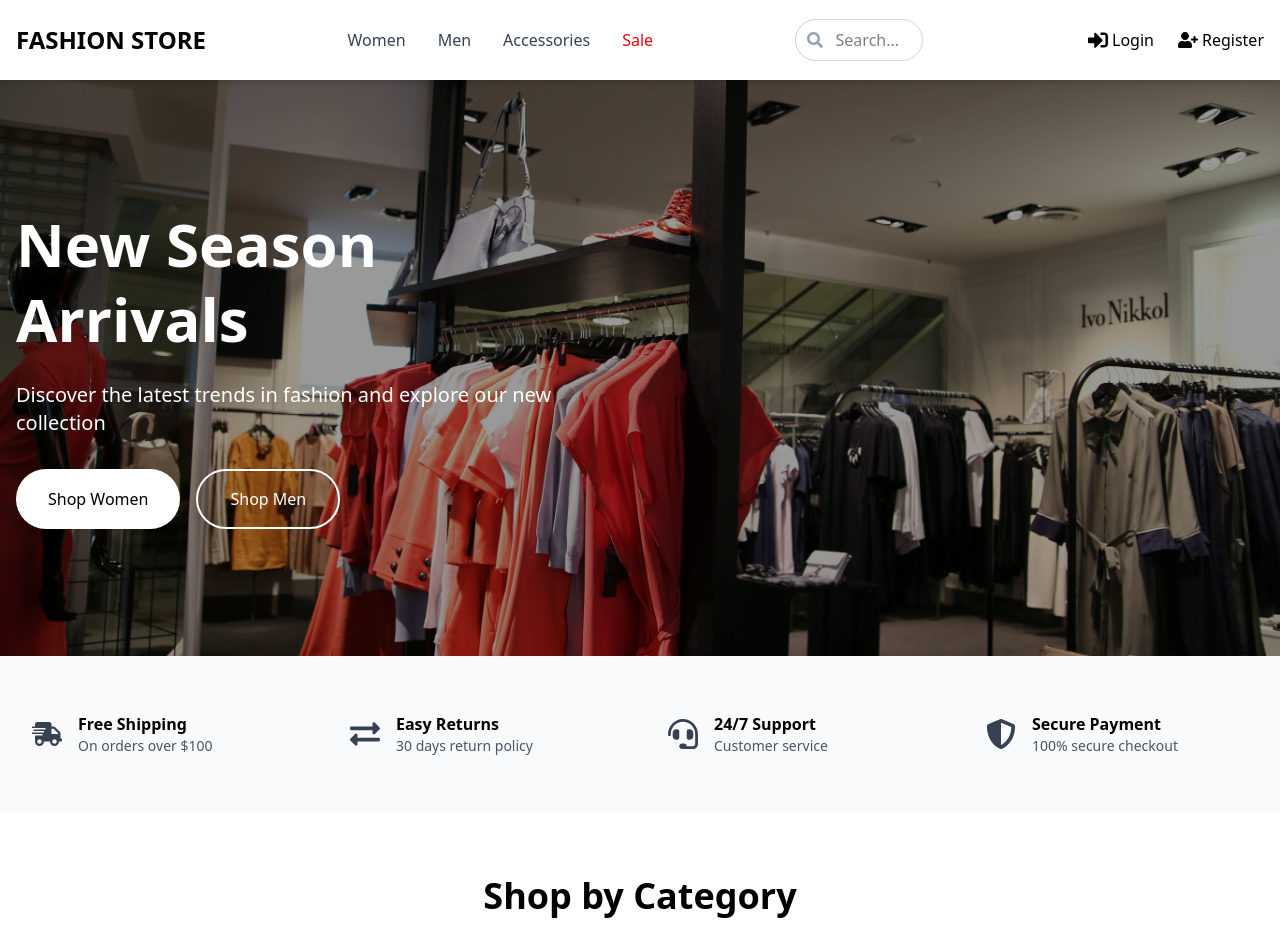
Repository: minhquang203/SHOPQUANAO
Page: / (app in frontend/)
The author's editor kept a copy of each file at every save. The page is drawn from the files as they stood at one save, then again after the next save.
The browser window is 1280 px wide. The pictures show the part of the page from y = 0 to 952 px (the page is 2446 px tall).
The project was rebuilt for these pictures with package versions that can differ from the ones it lists, and the page was loaded fresh each time. Also part of the build but not shown: frontend/vite.config.js, frontend/src/components/AdminLayout.jsx, frontend/src/components/AdminRoute.jsx, frontend/src/pages/admin/Dashboard.jsx, frontend/src/pages/admin/Orders.jsx, frontend/src/pages/admin/Products.jsx, frontend/src/pages/admin/Users.jsx, frontend/src/pages/LoginPage.jsx and 1 more.

Above is the page before, as saved 2025-05-01 14:40:41.

After the next save:
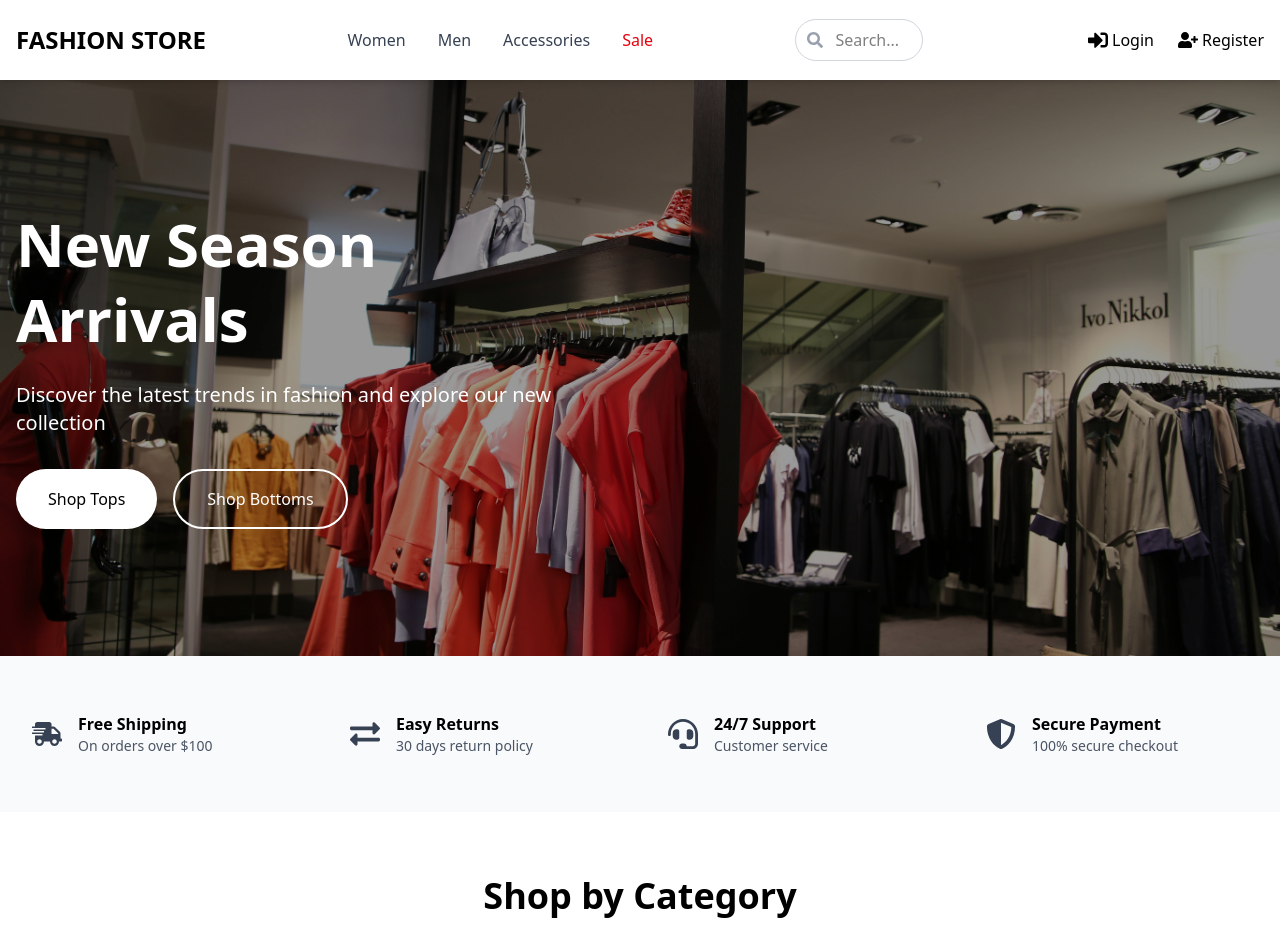
Saved 2 min 12 s later.
--- a/frontend/src/pages/Homepage.jsx
+++ b/frontend/src/pages/Homepage.jsx
@@ -1,44 +1,50 @@
 import React from "react";
-import { FaExchangeAlt, FaHeadset, FaShieldAlt, FaShippingFast } from 'react-icons/fa';
+import {
+  FaExchangeAlt,
+  FaHeadset,
+  FaShieldAlt,
+  FaShippingFast,
+} from "react-icons/fa";
 
 function Homepage() {
   return (
     <div className="min-h-screen">
       {/* Hero Banner with Overlay */}
       <section className="relative h-[80vh]">
-  <img
-    src="/assets/banner.jpg"
-    alt="Hero Banner"
-    className="w-full h-full object-cover"
-  />
+        <img
+          src="/assets/banner.jpg"
+          alt="Hero Banner"
+          className="w-full h-full object-cover"
+        />
 
-  {/* Lớp phủ làm tối ảnh */}
-  <div className="absolute inset-0 bg-black/40"></div>
+        {/* Lớp phủ làm tối ảnh */}
+        <div className="absolute inset-0 bg-black/40"></div>
 
-  <div className="absolute inset-0 flex items-center">
-    <div className="container mx-auto px-4">
-      <div className="max-w-xl">
-        <h1 className="text-6xl font-bold mb-6 text-white leading-tight">
-          New Season Arrivals
-        </h1>
-        <p className="text-xl text-white mb-8">
-          Discover the latest trends in fashion and explore our new collection
-        </p>
-        <div className="flex gap-4">
-          <button className="bg-white text-black px-8 py-4 rounded-full hover:bg-gray-100 transition duration-300">
-            Shop Women
-          </button>
-          <button className="border-2 border-white text-white px-8 py-4 rounded-full hover:bg-white hover:text-black transition duration-300">
-            Shop Men
-          </button>
+        <div className="absolute inset-0 flex items-center">
+          <div className="container mx-auto px-4">
+            <div className="max-w-xl">
+              <h1 className="text-6xl font-bold mb-6 text-white leading-tight">
+                New Season Arrivals
+              </h1>
+              <p className="text-xl text-white mb-8">
+                Discover the latest trends in fashion and explore our new
+                collection
+              </p>
+              <div className="flex gap-4">
+  <button className="bg-white text-black px-8 py-4 rounded-full hover:bg-gray-100 transition duration-300">
+    Shop Tops
+  </button>
+  <button className="border-2 border-white text-white px-8 py-4 rounded-full hover:bg-white hover:text-black transition duration-300">
+    Shop Bottoms
+  </button>
+</div>
+
+            </div>
+          </div>
         </div>
-      </div>
-    </div>
-  </div>
-</section>
+      </section>
 
-
-        {/* Services Section */}
+      {/* Services Section */}
       <section className="bg-gray-50 py-10">
         <div className="container mx-auto px-4">
           <div className="grid grid-cols-1 md:grid-cols-4 gap-6">
@@ -77,17 +83,24 @@ function Homepage() {
       {/* Categories */}
       <section className="py-16">
         <div className="container mx-auto px-4">
-          <h2 className="text-4xl font-bold mb-12 text-center">Shop by Category</h2>
+          <h2 className="text-4xl font-bold mb-12 text-center">
+            Shop by Category
+          </h2>
           <div className="grid grid-cols-1 md:grid-cols-3 gap-8">
-            {['Women', 'Men', 'Accessories'].map((category) => (
-              <div key={category} className="group relative overflow-hidden rounded-xl h-[400px]">
+            {["Women", "Men", "Accessories"].map((category) => (
+              <div
+                key={category}
+                className="group relative overflow-hidden rounded-xl h-[400px]"
+              >
                 <img
                   src={`/${category.toLowerCase()}.jpg`}
                   alt={category}
                   className="w-full h-full object-cover transition duration-500 group-hover:scale-110"
                 />
                 <div className="absolute inset-0 bg-gradient-to-t from-black/70 to-transparent flex flex-col justify-end p-8">
-                  <h3 className="text-white text-2xl font-bold mb-3">{category}</h3>
+                  <h3 className="text-white text-2xl font-bold mb-3">
+                    {category}
+                  </h3>
                   <button className="bg-white text-black w-full py-3 rounded-full opacity-0 transform translate-y-4 group-hover:opacity-100 group-hover:translate-y-0 transition duration-300">
                     Shop Now
                   </button>
@@ -104,7 +117,10 @@ function Homepage() {
           <h2 className="text-4xl font-bold mb-12 text-center">Trending Now</h2>
           <div className="grid grid-cols-1 md:grid-cols-4 gap-6">
             {[1, 2, 3, 4].map((item) => (
-              <div key={item} className="group bg-white rounded-xl overflow-hidden hover:shadow-xl transition duration-300">
+              <div
+                key={item}
+                className="group bg-white rounded-xl overflow-hidden hover:shadow-xl transition duration-300"
+              >
                 <div className="relative overflow-hidden">
                   <img
                     src={`/product${item}.jpg`}
@@ -113,8 +129,18 @@ function Homepage() {
                   />
                   <div className="absolute top-4 right-4">
                     <button className="bg-white p-2 rounded-full shadow-md hover:bg-gray-100">
-                      <svg className="w-5 h-5" fill="none" stroke="currentColor" viewBox="0 0 24 24">
-                        <path strokeLinecap="round" strokeLinejoin="round" strokeWidth="2" d="M4.318 6.318a4.5 4.5 0 000 6.364L12 20.364l7.682-7.682a4.5 4.5 0 00-6.364-6.364L12 7.636l-1.318-1.318a4.5 4.5 0 00-6.364 0z" />
+                      <svg
+                        className="w-5 h-5"
+                        fill="none"
+                        stroke="currentColor"
+                        viewBox="0 0 24 24"
+                      >
+                        <path
+                          strokeLinecap="round"
+                          strokeLinejoin="round"
+                          strokeWidth="2"
+                          d="M4.318 6.318a4.5 4.5 0 000 6.364L12 20.364l7.682-7.682a4.5 4.5 0 00-6.364-6.364L12 7.636l-1.318-1.318a4.5 4.5 0 00-6.364 0z"
+                        />
                       </svg>
                     </button>
                   </div>
@@ -139,7 +165,10 @@ function Homepage() {
         <div className="container mx-auto px-4">
           <div className="text-center max-w-2xl mx-auto">
             <h2 className="text-4xl font-bold mb-6">Join Our Newsletter</h2>
-            <p className="text-gray-300 mb-8">Subscribe to get special offers, free giveaways, and amazing deals.</p>
+            <p className="text-gray-300 mb-8">
+              Subscribe to get special offers, free giveaways, and amazing
+              deals.
+            </p>
             <div className="flex gap-4 justify-center">
               <input
                 type="email"
